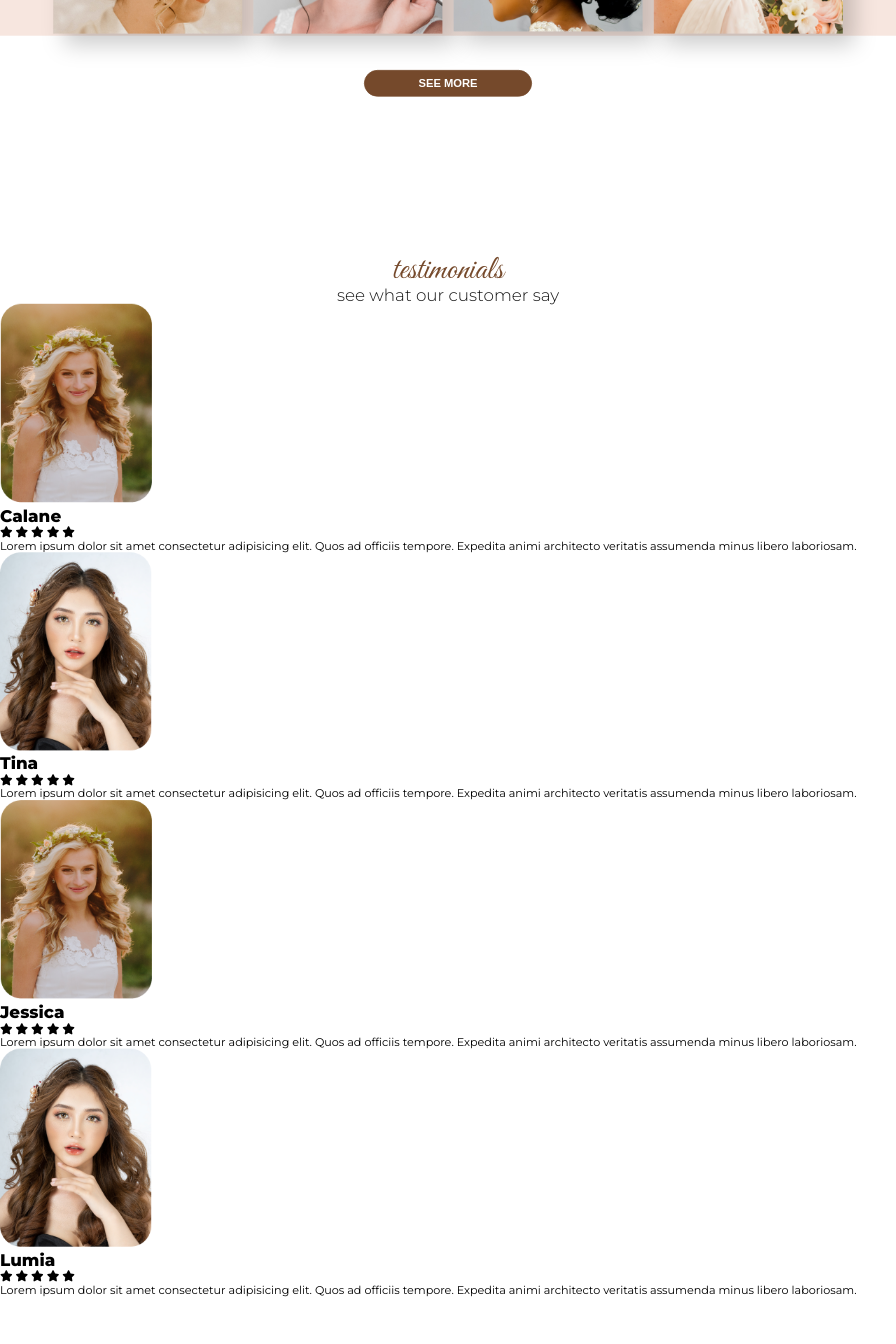
Repository: TuanHuflit2k1/clone-web01
Page: index.html
An editor plug-in stored every save of this project. The page is shown before and after a run of saves, followed by the edit.
The browser window is 1280 px wide. The pictures show the part of the page from y = 3680 to 5600 px (the page is 5644 px tall), at 70% of full size.
Some web libraries are served in a nearby version.

Above is the page before, as saved 2022-04-28 13:01:25.

After the next 2 saves:
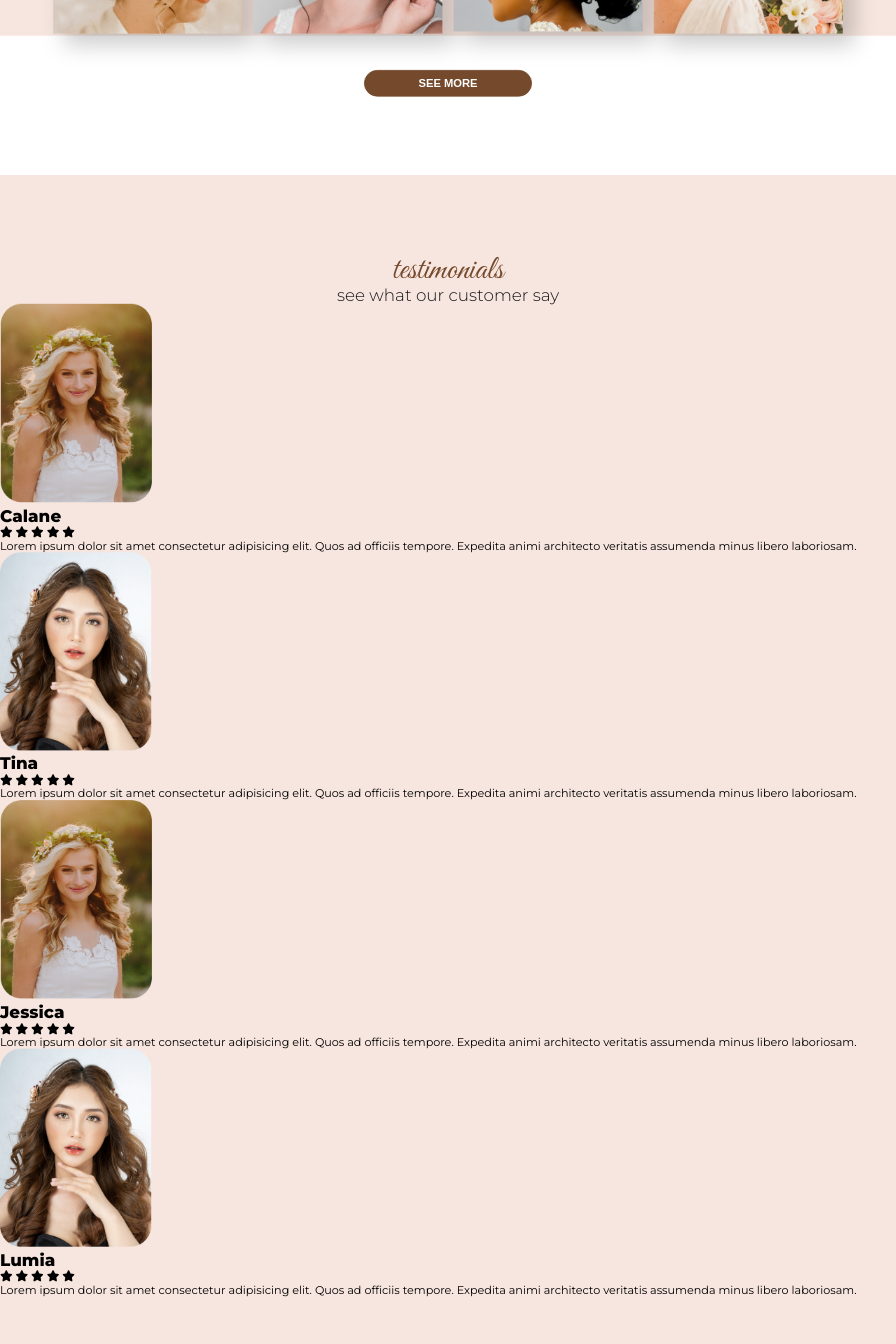
The 2 saves are shown as one change because they came seconds apart.
The last was saved 7 s later.
--- a/style.css
+++ b/style.css
@@ -447,7 +447,8 @@ body {
 /* start testimonials */
 .testimonials {
     padding: 7rem 0;
-    bac
+    background-color: var(--main-color);
+
 }
 @media (max-width: 920px) {
   .nav-menu {
